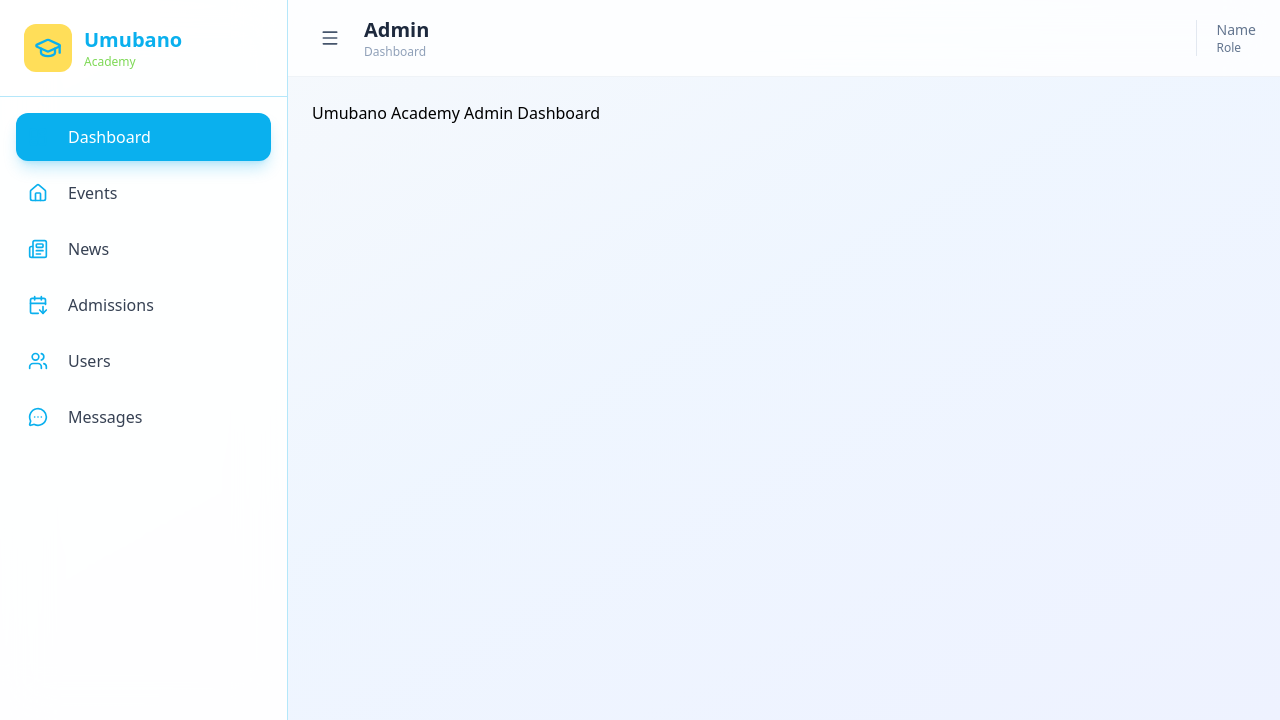
Repository: Umubano-Academy/umubano-academy-website
Page: /admin
An editor plug-in stored every save of this project. The page is shown before and after the next save, followed by the edit.
The browser window is 1280 px wide. The pictures show the whole page.
The project was rebuilt for these pictures with package versions that can differ from the ones it lists, and the page was loaded fresh each time. Also part of the build but not shown: vite.config.js, src/components/guest/NavBar.jsx, src/components/guest/Hero.jsx, src/components/guest/Event.jsx, src/components/guest/News.jsx, src/components/guest/Footer.jsx, src/components/guest/Layout.jsx, src/components/guest/Contact.jsx and 9 more. Imported but missing from the stored project, and not drawn on this page: src/assets/addons/Primary-Enrolment-Handout-2025.pdf, src/assets/addons/Secondary-Enrolment-Handout-2025-2026.pdf.

Above is the page before, as saved 2026-01-20 09:49:40.

### index.html
<!doctype html>
<html lang="en">
  <head>
    <meta charset="UTF-8" />
    <!-- <link rel="icon" type="image/svg+xml" href="/vite.svg" /> -->
    <meta name="viewport" content="width=device-width, initial-scale=1.0" />
    <title>umubano-academy</title>
  </head>
  <body>
    <div id="root"></div>
    <script type="module" src="/src/main.jsx"></script>
  </body>
</html>

### src/App.jsx
import React from 'react'
import { BrowserRouter, Route, Routes } from 'react-router-dom'
import NavBar from './components/guest/NavBar'
import Hero from './components/guest/Hero'
import Event from './components/guest/Event'
import News from './components/guest/News'
import Layout from './components/guest/Layout'
import Home from './components/guest/Home'
import Admission from './components/guest/Admission'
import Academic from './components/guest/Academic'
import About from './components/guest/About'
import LayOut from './components/admin/LayOut'
import Dashboard from './components/admin/pages/Dashboard'
import Login from './components/guest/forms/Login'
import ResetPassword from './components/guest/forms/ResetPassword'
import Primary from './components/guest/primary'


function App() {
  return (
    <BrowserRouter>

    <Routes>
      <Route path='/' element={<Layout />}>
      <Route index element={<Home />} />
      <Route path='/admissions' element={<Admission />} />
      <Route path='/academic' element={<Academic />} />
      <Route path='/aboutus' element={<About />} />
      <Route path='/login' element={<Login />} />
      <Route path="/password-reset" element={<ResetPassword />} />
      <Route path='/primary' element={<Primary />} />
      </Route>

      <Route path='/admin' element={<LayOut />}>
      <Route index element={<Dashboard />} />
      </Route>
    </Routes>
    </BrowserRouter>

  )
}

export default App

### src/components/admin/LayOut.jsx
import React, { useEffect, useState } from 'react'
import SideBar from '../admin/sidebar/SideBar'
import Header from '../admin/Header/Header'
import { Outlet } from 'react-router-dom'

function LayOut() {

  const [sideBarCollapsed, setSideBarCollapsed] = useState(false);
  const [currentPage, setCurrentPage] = useState("dashboard");

  useEffect(() =>{
    const handlerResize = () =>{
      if(window.innerWidth <1024){
        setSideBarCollapsed(true);
      }else{
        setSideBarCollapsed(false);
      }
    };

    handlerResize();
    window.addEventListener("resize", handlerResize)
    return () => window.removeEventListener("resize", handlerResize);
  },  []);
  return (

    <div className=' min-h-screen bg-gradient-to-br from-slate-50 via-blue-50 to-indigo-50 dark:from-slate-900 dark:via-slate-800 dark:to-slate-900 transition-all duration-500 '>
       <div className=' flex h-screen overflow-hidden' >
      <SideBar
          collapsed={sideBarCollapsed}
          onToggle={() => setSideBarCollapsed(!sideBarCollapsed)}
          currentPage={currentPage}
          onPageChange={setCurrentPage}
        />

      <div className='flex-1 flex flex-col overflow-hidden'>
          <Header
            sideBarCollapsed={sideBarCollapsed}
            onToggleSidebar={() => setSideBarCollapsed(!sideBarCollapsed)}
          />
          <div className='flex-1 overflow-y-auto bg-transparent'>
            <div className='p-6 space-y-6'>
              <Outlet />
            </div>
          </div>
        </div>
    </div>
    </div>

  )
}

export default LayOut

### src/components/admin/pages/Dashboard.jsx
// import React from "react";
// import { stats, bookingGraphData } from "./dashboardData";
// import {
//   Users,
//   ShoppingBag,
//   BadgeDollarSign,
//   TrendingUp,
// } from "lucide-react";
// import {
//   LineChart,
//   Line,
//   XAxis,
//   YAxis,
//   CartesianGrid,
//   Tooltip,
//   ResponsiveContainer,
// } from "recharts";

// function Dashboard() {
//   return (
//     <div className="p-6 space-y-6">

//       <h1 className="text-2xl font-bold text-slate-800 dark:text-white">
//         Dashboard Overview
//       </h1>


//       <div className="grid grid-cols-1 md:grid-cols-3 gap-6">

//         {/* USERS CARD */}
//         <div className="p-6 bg-white/80 dark:bg-slate-900/80 rounded-2xl shadow-lg border border-slate-200/50 dark:border-slate-700/50">
//           <div className="flex items-center justify-between mb-3">
//             <Users className="w-8 h-8 text-orange-500" />
//             <span className="text-green-500 text-sm">{stats.users.growth}</span>
//           </div>
//           <h2 className="text-3xl font-bold dark:text-white">
//             {stats.users.thisYear}
//           </h2>
//           <p className="text-slate-500 dark:text-slate-300 text-sm mt-1">
//             Users This Year
//           </p>
//         </div>

//         {/* BOOKINGS CARD */}
//         <div className="p-6 bg-white/80 dark:bg-slate-900/80 rounded-2xl shadow-lg border border-slate-200/50 dark:border-slate-700/50">
//           <div className="flex items-center justify-between mb-3">
//             <ShoppingBag className="w-8 h-8 text-orange-500" />
//             <span className="text-green-500 text-sm">+12%</span>
//           </div>
//           <h2 className="text-3xl font-bold dark:text-white">
//             {stats.bookings.total}
//           </h2>
//           <p className="text-slate-500 dark:text-slate-300 text-sm mt-1">
//             Total Bookings
//           </p>
//         </div>

//         {/* REVENUE CARD */}
//         <div className="p-6 bg-white/80 dark:bg-slate-900/80 rounded-2xl shadow-lg border border-slate-200/50 dark:border-slate-700/50">
//           <div className="flex items-center justify-between mb-3">
//             <BadgeDollarSign className="w-8 h-8 text-orange-500" />
//             <span className="text-green-500 text-sm">{stats.revenue.growth}</span>
//           </div>
//           <h2 className="text-3xl font-bold dark:text-white">
//             {stats.revenue.thisMonth.toLocaleString()} RWF
//           </h2>
//           <p className="text-slate-500 dark:text-slate-300 text-sm mt-1">
//             Revenue This Month
//           </p>
//         </div>
//       </div>

//       {/* BOTTOM 3 SUMMARY CARDS */}
//       <div className="grid grid-cols-1 md:grid-cols-3 gap-6">

//         {/* USER BREAKDOWN */}
//         <div className="p-6 bg-white/80 dark:bg-slate-900/80 rounded-xl border border-slate-200/50 dark:border-slate-700/50">
//           <h3 className="font-semibold dark:text-white mb-3">User Summary</h3>
//           <ul className="space-y-1 text-sm text-slate-600 dark:text-slate-300">
//             <li>Today: {stats.users.today}</li>
//             <li>Yesterday: {stats.users.yesterday}</li>
//             <li>Last Week: {stats.users.lastWeek}</li>
//             <li>Last Year: {stats.users.lastYear}</li>
//           </ul>
//         </div>

//         {/* BOOKING BREAKDOWN */}
//         <div className="p-6 bg-white/80 dark:bg-slate-900/80 rounded-xl border border-slate-200/50 dark:border-slate-700/50">
//           <h3 className="font-semibold dark:text-white mb-3">Booking Summary</h3>
//           <ul className="space-y-1 text-sm text-slate-600 dark:text-slate-300">
//             <li>Today: {stats.bookings.today}</li>
//             <li>Pending: {stats.bookings.pending}</li>
//             <li>Completed: {stats.bookings.completed}</li>
//             <li>Cancelled: {stats.bookings.cancelled}</li>
//           </ul>
//         </div>

//         {/* REVENUE BREAKDOWN */}
//         <div className="p-6 bg-white/80 dark:bg-slate-900/80 rounded-xl border border-slate-200/50 dark:border-slate-700/50">
//           <h3 className="font-semibold dark:text-white mb-3">Revenue Summary</h3>
//           <ul className="space-y-1 text-sm text-slate-600 dark:text-slate-300">
//             <li>Total Revenue: {stats.revenue.total.toLocaleString()} RWF</li>
//             <li>This Month: {stats.revenue.thisMonth.toLocaleString()} RWF</li>
//             <li>Pending: {stats.revenue.pending.toLocaleString()} RWF</li>
//             <li>Last Month: {stats.revenue.lastMonth.toLocaleString()} RWF</li>
//           </ul>
//         </div>
//       </div>

//       {/* BOOKINGS CHART */}
//       <div className="p-6 bg-white/80 dark:bg-slate-900/80 border border-slate-200/50 dark:border-slate-700/50 rounded-xl shadow-md">
//         <h2 className="text-lg font-bold mb-4 dark:text-white">
//           Bookings This Week
//         </h2>

//         <ResponsiveContainer width="100%" height={300}>
//           <LineChart data={bookingGraphData}>
//             <CartesianGrid strokeDasharray="3 3" />
//             <XAxis dataKey="day" />
//             <YAxis />
//             <Tooltip />
//             <Line
//               type="monotone"
//               dataKey="bookings"
//               stroke="#f97316"
//               strokeWidth={3}
//             />
//           </LineChart>
//         </ResponsiveContainer>
//       </div>
//     </div>
//   );
// }

// export default Dashboard;




import React from 'react'

function Dashboard() {
  return (
    <div>
      Umubano Academy Admin Dashboard
    </div>
  )
}

export default Dashboard

### src/components/admin/sidebar/SideBar.jsx
import React, { useState } from "react";
import menuData from "./data/menuData";
import { Link } from "react-router-dom";
import { GraduationCap } from "lucide-react";

function SideBar({ collapsed, onToggle, currentPage, onPageChange }) {
  const [expandedItems, setExpandedItems] = useState(new Set(["dashboard"]));

  const toggleExpand = (itemId) => {
    const updated = new Set(expandedItems);
    updated.has(itemId) ? updated.delete(itemId) : updated.add(itemId);
    setExpandedItems(updated);
  };

  return (
    <div
      className={`${
        collapsed ? "w-20" : "w-72"
      } transition-all duration-300 ease-in-out bg-white/90 backdrop-blur-xl border-r border-[#0AB0EE]/30 flex flex-col relative z-10`}
    >
      {/* Header Logo */}
      <div className="p-6 border-b border-[#0AB0EE]/30">
        <div className="flex items-center space-x-3">
          <div className="w-12 h-12 bg-[#FFDE59] text-[#0AB0EE] flex items-center justify-center rounded-xl">
            <GraduationCap size={28} />
          </div>

          {!collapsed && (
            <div>
              <h1 className="text-xl font-bold text-[#0AB0EE]">Umubano</h1>
              <p className="text-xs text-[#7ED956]">Academy</p>
            </div>
          )}
        </div>
      </div>

      {/* Navigation Menu */}
      <nav className="flex-1 space-y-2 p-4 overflow-y-auto">
        {menuData.map((item) => (
          <div key={item.id}>
            {/* Main Menu Item */}
            <Link
              to={item.path}
              className={`w-full flex items-center justify-between p-3 rounded-xl cursor-pointer transition-all duration-200 ${
                currentPage === item.id
                  ? "bg-[#0AB0EE] text-white shadow-lg shadow-[#0AB0EE]/25"
                  : "text-gray-700 hover:bg-[#FFDE59]/20"
              }`}
              onClick={() => {
                if (item.submenu) {
                  toggleExpand(item.id);
                } else {
                  onPageChange(item.id);
                }
              }}
            >
              <div className="flex items-center space-x-3">
                <item.icon className="w-5 h-5 text-[#0AB0EE]" />

                {!collapsed && (
                  <>
                    <span className="font-medium ml-2">{item.label}</span>
                    {item.count && (
                      <span className="px-2 py-1 rounded-full text-center text-sm bg-[#7ED956]/30 text-[#0AB0EE]">
                        {item.count}
                      </span>
                    )}
                  </>
                )}
              </div>

              {/* Submenu Arrow */}
              {!collapsed && item.submenu && (
                <span
                  className={`transition-transform text-[#0AB0EE] ${
                    expandedItems.has(item.id) ? "rotate-90" : ""
                  }`}
                >
                  ▶
                </span>
              )}
            </Link>

            {/* Submenu */}
            {item.submenu && expandedItems.has(item.id) && !collapsed && (
              <div className="ml-10 mt-1 space-y-1 transition-all duration-300">
                {item.submenu.map((sub) => (
                  <Link
                    key={sub.id}
                    to={sub.path}
                    onClick={() => onPageChange(sub.id)}
                    className={`block p-2 rounded-lg text-sm ${
                      currentPage === sub.id
                        ? "bg-[#7ED956] text-white"
                        : "text-gray-600 hover:bg-[#FFDE59]/20"
                    }`}
                  >
                    {sub.label}
                  </Link>
                ))}
              </div>
            )}
          </div>
        ))}
      </nav>
    </div>
  );
}

export default SideBar;

### src/components/admin/Header/Header.jsx
import React, { useState, useEffect, useRef, useContext } from "react";
import { Menu, Sun, Bell, LogOut, User, Cog } from "lucide-react";

function Header({ sideBarCollapsed, onToggleSidebar }) {
  const [openDropdown, setOpenDropdown] = useState(null);
  const dropdownRef = useRef();
  const [userInfo, setUserInfo] = useState(null);
  const [currentUser,, setCurrentUser] = useState(null);
  const fetchCurrentUser = async () => {};

  useEffect(() => {
    if (!userInfo) fetchCurrentUser();
  }, []);

  // Close dropdown when clicking outside
  useEffect(() => {
    function handleClickOutside(e) {
      if (dropdownRef.current && !dropdownRef.current.contains(e.target)) {
        setOpenDropdown(null);
      }
    }
    document.addEventListener("mousedown", handleClickOutside);
    return () => document.removeEventListener("mousedown", handleClickOutside);
  }, []);

  return (
    <div className="bg-white/80 dark:bg-slate-900/80 backdrop-blur-xl border-b border-slate-200/50 dark:border-slate-700/50 px-6 py-4 relative z-40">
      <div className="flex items-center justify-between">
        {/* Left Section */}
        <div className="flex items-center space-x-4">
          <button
            className="p-2 rounded-lg text-slate-600 dark:text-slate-300 hover:bg-slate-200 dark:hover:bg-slate-700 transition-colors"
            onClick={onToggleSidebar}
          >
            <Menu className="w-5 h-5" />
          </button>
          <div className="hidden md:block">
            <p className="text-xl font-black text-slate-800 dark:text-white">
              Admin
            </p>
            <p className="text-xs font-medium text-slate-400 dark:text-slate-400">
              Dashboard
            </p>
          </div>
        </div>

        {/* Right Section */}
        <div className="flex items-center space-x-3" ref={dropdownRef}>
          {/* <button className="p-2.5 rounded-xl text-slate-600 dark:text-slate-300 hover:bg-slate-100 dark:hover:bg-slate-800 transition-colors">
            <Sun className="w-5 h-5" />
          </button> */}

          {/* User Menu */}
          <div className="relative">
            <button
              onClick={() =>
                setOpenDropdown(openDropdown === "user" ? null : "user")
              }
              className="flex items-center pl-3 border-l border-slate-200 dark:border-slate-700"
            >
              {/* Small screen: show only user icon */}
              <User className="w-5 h-5 text-slate-600 dark:text-slate-300 md:hidden" />

              {/* Medium+ screen: show name + role */}
              <div className="hidden md:flex flex-col ml-2 text-left">
                <p className="text-sm font-medium text-slate-500 dark:text-slate-400">
                  {userInfo?.first_name || "Name"}
                </p>
                <p className="text-xs text-slate-500 dark:text-slate-400">
                  {userInfo?.roles || "Role"}
                </p>
              </div>
            </button>

            {openDropdown === "user" && (
              <div className="absolute right-0 mt-2 w-48 bg-white dark:text-slate-300 dark:bg-slate-800 shadow-xl rounded-xl overflow-hidden z-[300]">
                <button
                  onClick={() => handleNavigate("/marchant/myprofile")}
                  className="flex items-center space-x-2 w-full px-4 py-2 hover:bg-slate-100 dark:hover:bg-slate-700"
                >
                  <User className="w-4 h-4" /> <span>Profile</span>
                </button>
                <button
                  onClick={() => handleNavigate("/marchant/update-profile")}
                  className="flex items-center space-x-2 w-full px-4 py-2 hover:bg-slate-100 dark:hover:bg-slate-700"
                >
                  <Cog className="w-4 h-4" /> <span>Settings</span>
                </button>
                <button
                  // onClick={() => {
                  //   logout();
                  //   setOpenDropdown(null);
                  //   navigate("/login", { replace: true });
                  // }}
                  className="flex items-center space-x-2 w-full px-4 py-2 text-red-600 hover:bg-red-100 dark:hover:bg-red-800/30"
                >
                  <LogOut className="w-4 h-4" /> <span>Logout</span>
                </button>
              </div>
            )}
          </div>
        </div>
      </div>
    </div>
  )
}

export default Header

### src/components/admin/sidebar/data/menuData.js
import {
  House,

  Users,
  CalendarArrowDown,
  LayoutDashboard,
  MessageCircleMore,
  Newspaper,
} from "lucide-react";

const menuData = [
  {
    id: "dashboard",
    title: "dashboard",
    label: "Dashboard",
    path: "/admin",
    icon: LayoutDashboard,
  },
  {
    id: "events",
    title: "eventss",
    label: "Events",
    path: "/admin/eventss",
    icon: House,
  },
  {
    id: "news",
    title: "news",
    label: "News",
    path: "/admin/news",
    icon: Newspaper,
  },
  {
    id: "admission",
    title: "admission",
    label: "Admissions",
    path: "/admin/admission",
    icon: CalendarArrowDown,
  },

  {
    id: "users",
    title: "users",
    label: "Users",
    path: "/admin/users",
    icon: Users,
  },
  {
    id: "messages",
    title: "messagess",
    label: "Messages",
    path: "/admin/messages",
    icon: MessageCircleMore,
  },
];


export default menuData;

Loaded but not shown: src/main.jsx (common file); src/index.css (common file)

After the next save:
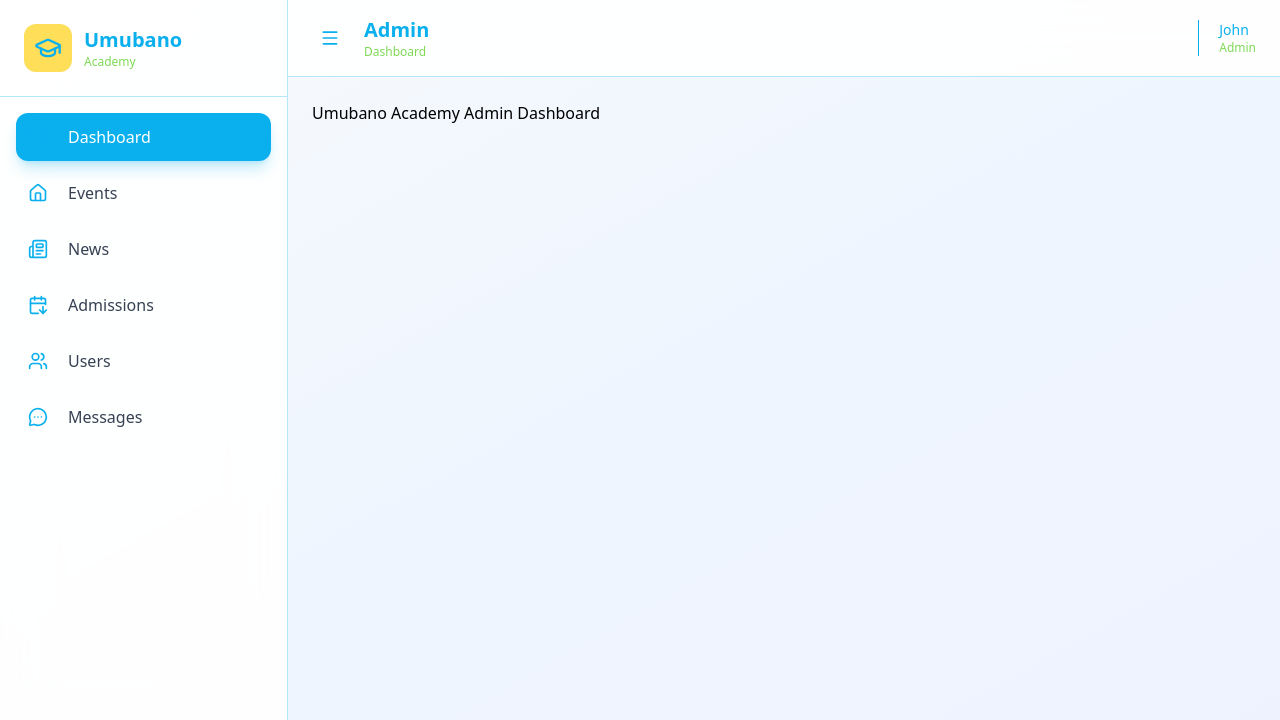
Saved 75 s later.
--- a/src/components/admin/Header/Header.jsx
+++ b/src/components/admin/Header/Header.jsx
@@ -1,16 +1,13 @@
-import React, { useState, useEffect, useRef, useContext } from "react";
-import { Menu, Sun, Bell, LogOut, User, Cog } from "lucide-react";
+import React, { useState, useEffect, useRef } from "react";
+import { Menu, User, Cog, LogOut } from "lucide-react";
 
 function Header({ sideBarCollapsed, onToggleSidebar }) {
   const [openDropdown, setOpenDropdown] = useState(null);
   const dropdownRef = useRef();
-  const [userInfo, setUserInfo] = useState(null);
-  const [currentUser,, setCurrentUser] = useState(null);
-  const fetchCurrentUser = async () => {};
-
-  useEffect(() => {
-    if (!userInfo) fetchCurrentUser();
-  }, []);
+  const [userInfo, setUserInfo] = useState({
+    first_name: "John",
+    roles: "Admin",
+  });
 
   // Close dropdown when clicking outside
   useEffect(() => {
@@ -23,76 +20,65 @@
     return () => document.removeEventListener("mousedown", handleClickOutside);
   }, []);
 
+  const handleNavigate = (path) => {
+    console.log("Navigate to:", path);
+    setOpenDropdown(null);
+  };
+
   return (
-    <div className="bg-white/80 dark:bg-slate-900/80 backdrop-blur-xl border-b border-slate-200/50 dark:border-slate-700/50 px-6 py-4 relative z-40">
+    <div className="bg-white/90 backdrop-blur-xl border-b border-[#0AB0EE]/30 px-6 py-4 relative z-40">
       <div className="flex items-center justify-between">
         {/* Left Section */}
         <div className="flex items-center space-x-4">
           <button
-            className="p-2 rounded-lg text-slate-600 dark:text-slate-300 hover:bg-slate-200 dark:hover:bg-slate-700 transition-colors"
+            className="p-2 rounded-lg text-[#0AB0EE] hover:bg-[#FFDE59]/30 transition-colors"
             onClick={onToggleSidebar}
           >
             <Menu className="w-5 h-5" />
           </button>
+
           <div className="hidden md:block">
-            <p className="text-xl font-black text-slate-800 dark:text-white">
-              Admin
-            </p>
-            <p className="text-xs font-medium text-slate-400 dark:text-slate-400">
-              Dashboard
-            </p>
+            <p className="text-xl font-black text-[#0AB0EE]">Admin</p>
+            <p className="text-xs font-medium text-[#7ED956]">Dashboard</p>
           </div>
         </div>
 
         {/* Right Section */}
         <div className="flex items-center space-x-3" ref={dropdownRef}>
-          {/* <button className="p-2.5 rounded-xl text-slate-600 dark:text-slate-300 hover:bg-slate-100 dark:hover:bg-slate-800 transition-colors">
-            <Sun className="w-5 h-5" />
-          </button> */}
-
           {/* User Menu */}
           <div className="relative">
             <button
               onClick={() =>
                 setOpenDropdown(openDropdown === "user" ? null : "user")
               }
-              className="flex items-center pl-3 border-l border-slate-200 dark:border-slate-700"
+              className="flex items-center pl-3 border-l border-[#0AB0EE]"
             >
-              {/* Small screen: show only user icon */}
-              <User className="w-5 h-5 text-slate-600 dark:text-slate-300 md:hidden" />
+              <User className="w-5 h-5 text-[#0AB0EE] md:hidden" />
 
-              {/* Medium+ screen: show name + role */}
               <div className="hidden md:flex flex-col ml-2 text-left">
-                <p className="text-sm font-medium text-slate-500 dark:text-slate-400">
-                  {userInfo?.first_name || "Name"}
+                <p className="text-sm font-medium text-[#0AB0EE]">
+                  {userInfo?.first_name}
                 </p>
-                <p className="text-xs text-slate-500 dark:text-slate-400">
-                  {userInfo?.roles || "Role"}
-                </p>
+                <p className="text-xs text-[#7ED956]">{userInfo?.roles}</p>
               </div>
             </button>
 
             {openDropdown === "user" && (
-              <div className="absolute right-0 mt-2 w-48 bg-white dark:text-slate-300 dark:bg-slate-800 shadow-xl rounded-xl overflow-hidden z-[300]">
+              <div className="absolute right-0 mt-2 w-48 bg-white shadow-xl rounded-xl overflow-hidden z-50 border border-[#0AB0EE]/30">
                 <button
                   onClick={() => handleNavigate("/marchant/myprofile")}
-                  className="flex items-center space-x-2 w-full px-4 py-2 hover:bg-slate-100 dark:hover:bg-slate-700"
+                  className="flex items-center space-x-2 w-full px-4 py-2 hover:bg-[#FFDE59]/30 transition-colors"
                 >
-                  <User className="w-4 h-4" /> <span>Profile</span>
+                  <User className="w-4 h-4 text-[#0AB0EE]" /> <span>Profile</span>
                 </button>
                 <button
                   onClick={() => handleNavigate("/marchant/update-profile")}
-                  className="flex items-center space-x-2 w-full px-4 py-2 hover:bg-slate-100 dark:hover:bg-slate-700"
+                  className="flex items-center space-x-2 w-full px-4 py-2 hover:bg-[#FFDE59]/30 transition-colors"
                 >
-                  <Cog className="w-4 h-4" /> <span>Settings</span>
+                  <Cog className="w-4 h-4 text-[#0AB0EE]" /> <span>Settings</span>
                 </button>
                 <button
-                  // onClick={() => {
-                  //   logout();
-                  //   setOpenDropdown(null);
-                  //   navigate("/login", { replace: true });
-                  // }}
-                  className="flex items-center space-x-2 w-full px-4 py-2 text-red-600 hover:bg-red-100 dark:hover:bg-red-800/30"
+                  className="flex items-center space-x-2 w-full px-4 py-2 text-red-600 hover:bg-red-100 dark:hover:bg-red-800/30 transition-colors"
                 >
                   <LogOut className="w-4 h-4" /> <span>Logout</span>
                 </button>
@@ -102,7 +88,7 @@
         </div>
       </div>
     </div>
-  )
+  );
 }
 
-export default Header
+export default Header;
